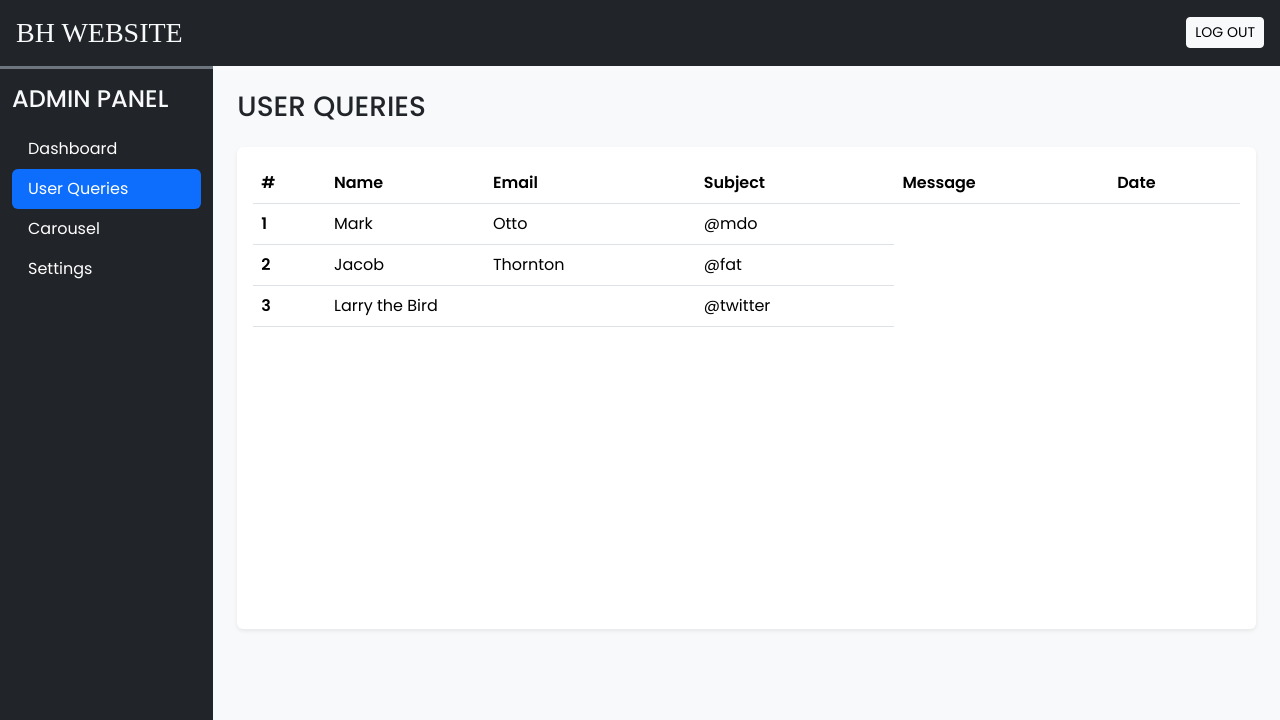
Repository: ntruong0906/desktop-tutorial
Page: http://localhost/hbwebsite/WebsiteBookingHotel/admin/user_queries.php
These files come from the project's save history. The page is drawn as it stood at one moment and after the next save; the edit follows.
The browser window is 1280 px wide. The pictures show the whole page.
Some web fonts or font styles are not loaded; a fallback is used. The page is run by PHP 8.4 with error messages shown; the project is at /var/www/html/. The session is filled in as if someone had signed in: {"adminLogin": true, "adminId": 1}.

Above is the page before, as saved 2024-05-06 22:51:00.

After the next save:
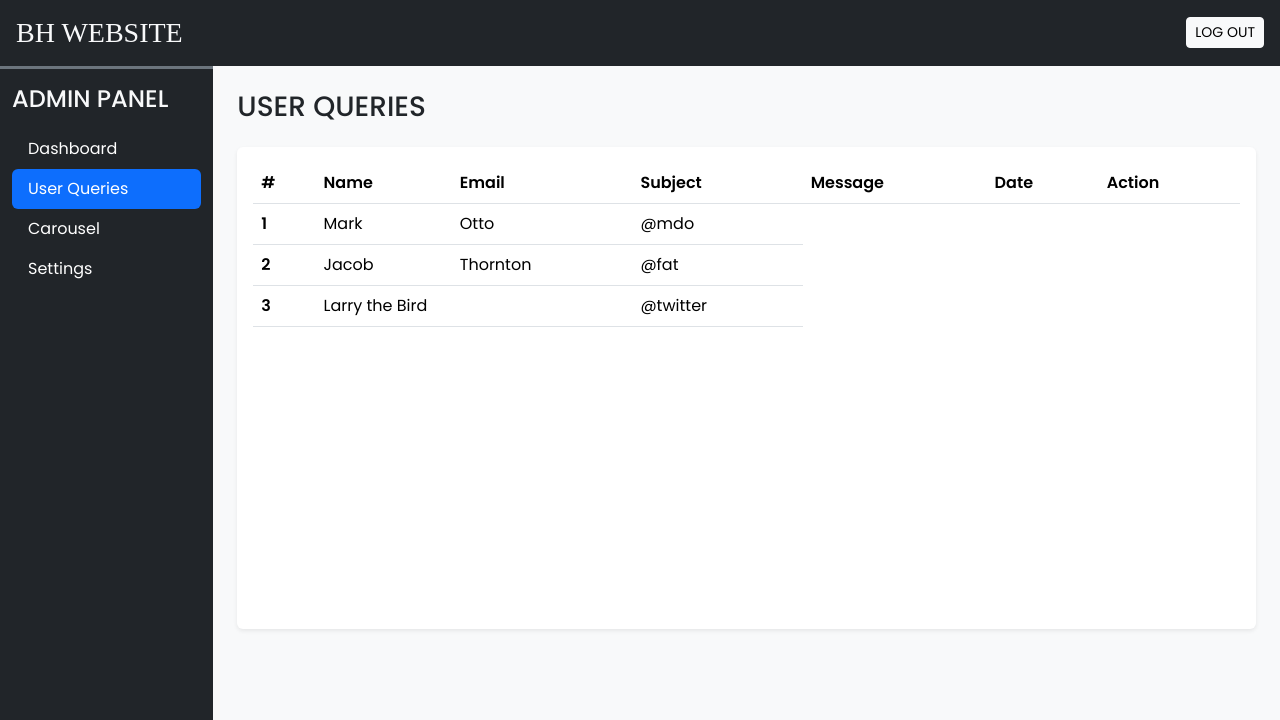
Saved 15 s later.
--- a/WebsiteBookingHotel/admin/user_queries.php
+++ b/WebsiteBookingHotel/admin/user_queries.php
@@ -50,6 +50,7 @@ adminLogin();
                                         <th scope="col">Subject</th>
                                         <th scope="col">Message</th>
                                         <th scope="col">Date</th>
+                                        <th scope="col">Action</th>
                                     </tr>
                                 </thead>
                                 <tbody>
